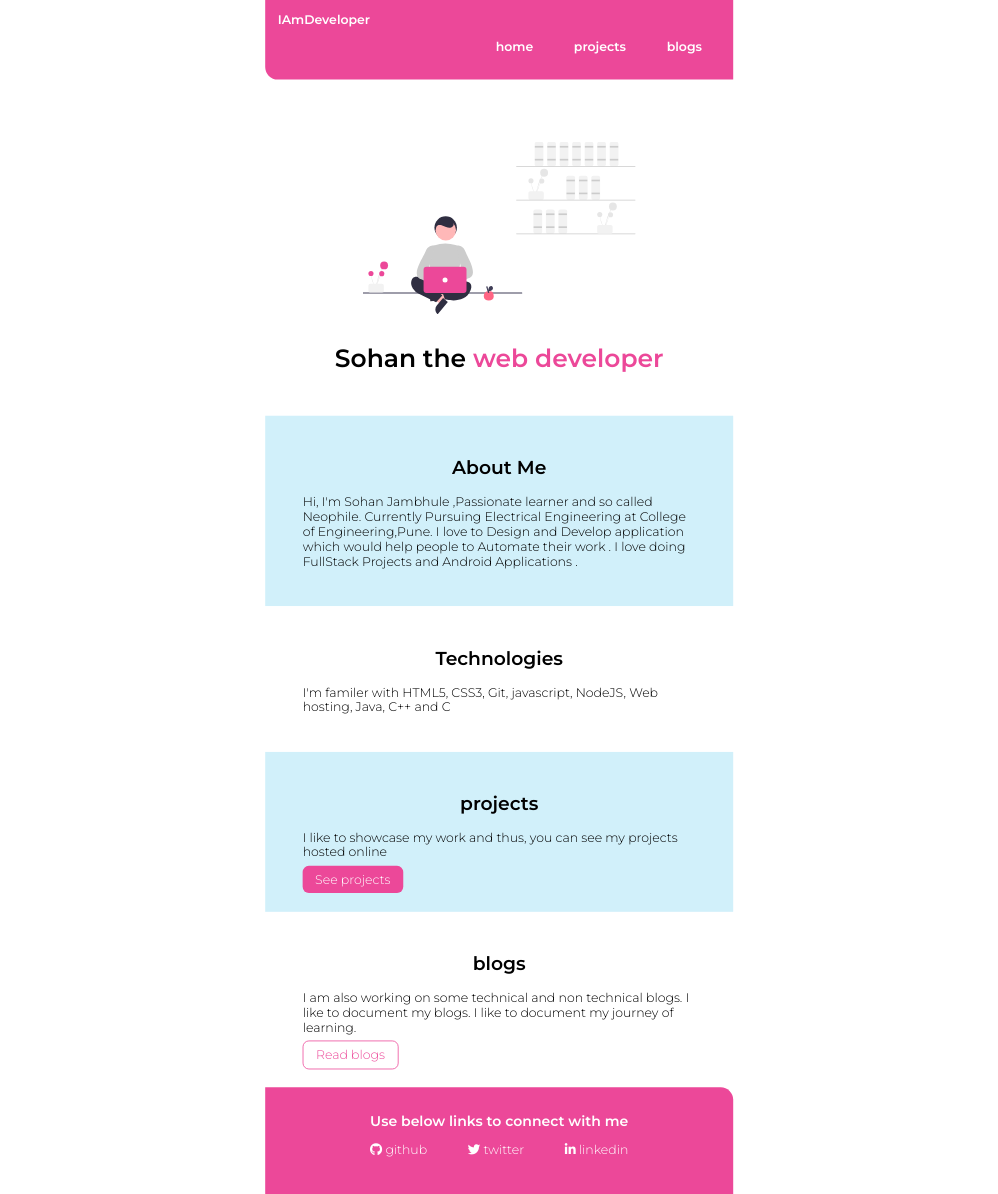
Repository: sohan2503001/Portfolio
Page: index.html
An editor plug-in stored every save of this project. The page is shown before and after a run of saves, followed by the edit.
The browser window is 1280 px wide. The pictures show the whole page, at 78% of full size.

Above is the page before, as saved 2021-04-10 11:21:17.

After the next 2 saves:
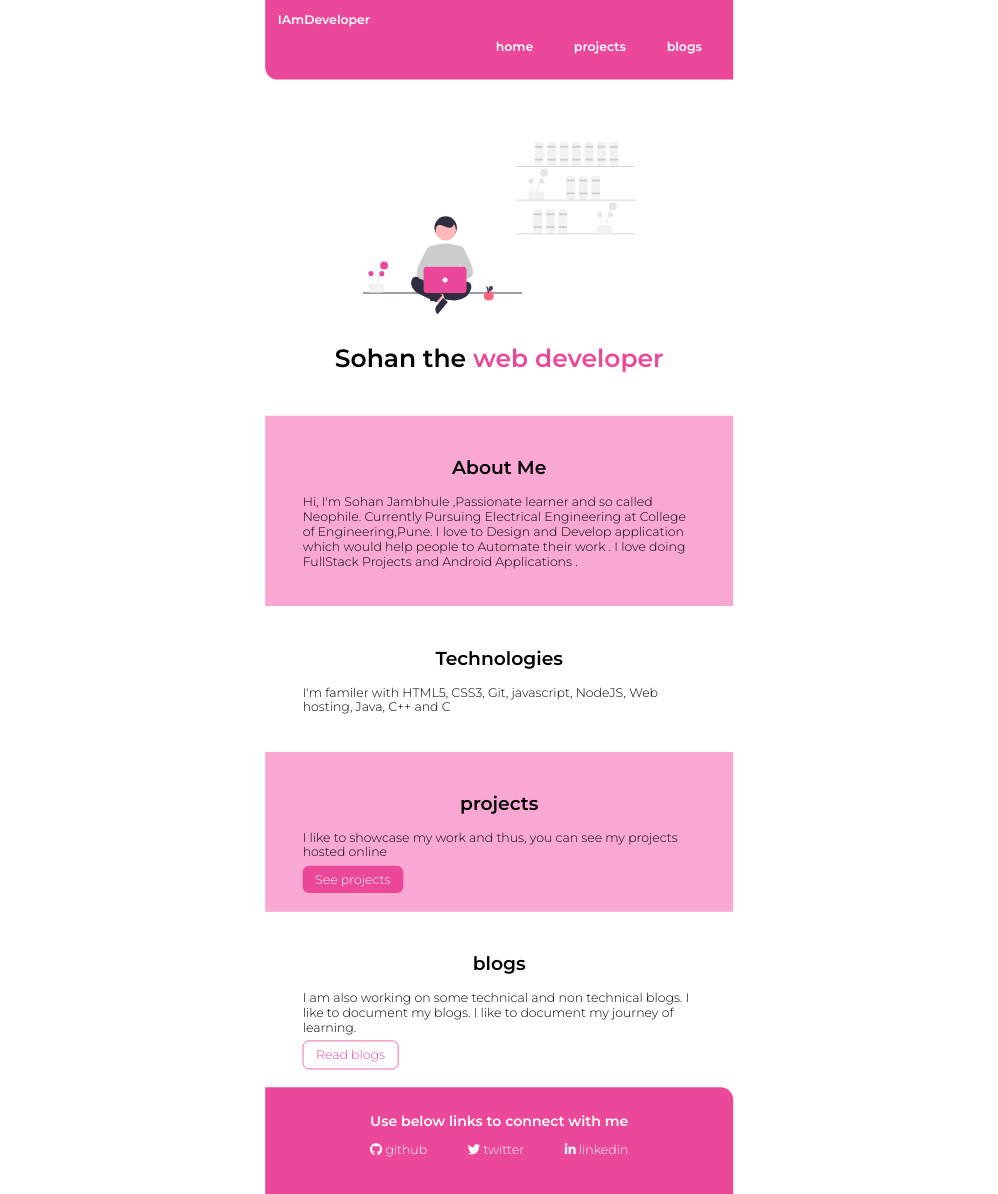
The 2 saves are shown as one change because they came seconds apart.
The last was saved 15 s later.
--- a/style.css
+++ b/style.css
@@ -2,8 +2,8 @@
 
 :root{
     --primary-color: #EC4899;
-    --dark-gray: #F9A8D4;
-    --off-white: #d1f0fa;
+    --dark-gray: #4B5563;
+    --off-white: #F9A8D4;
 }
 
 body {
